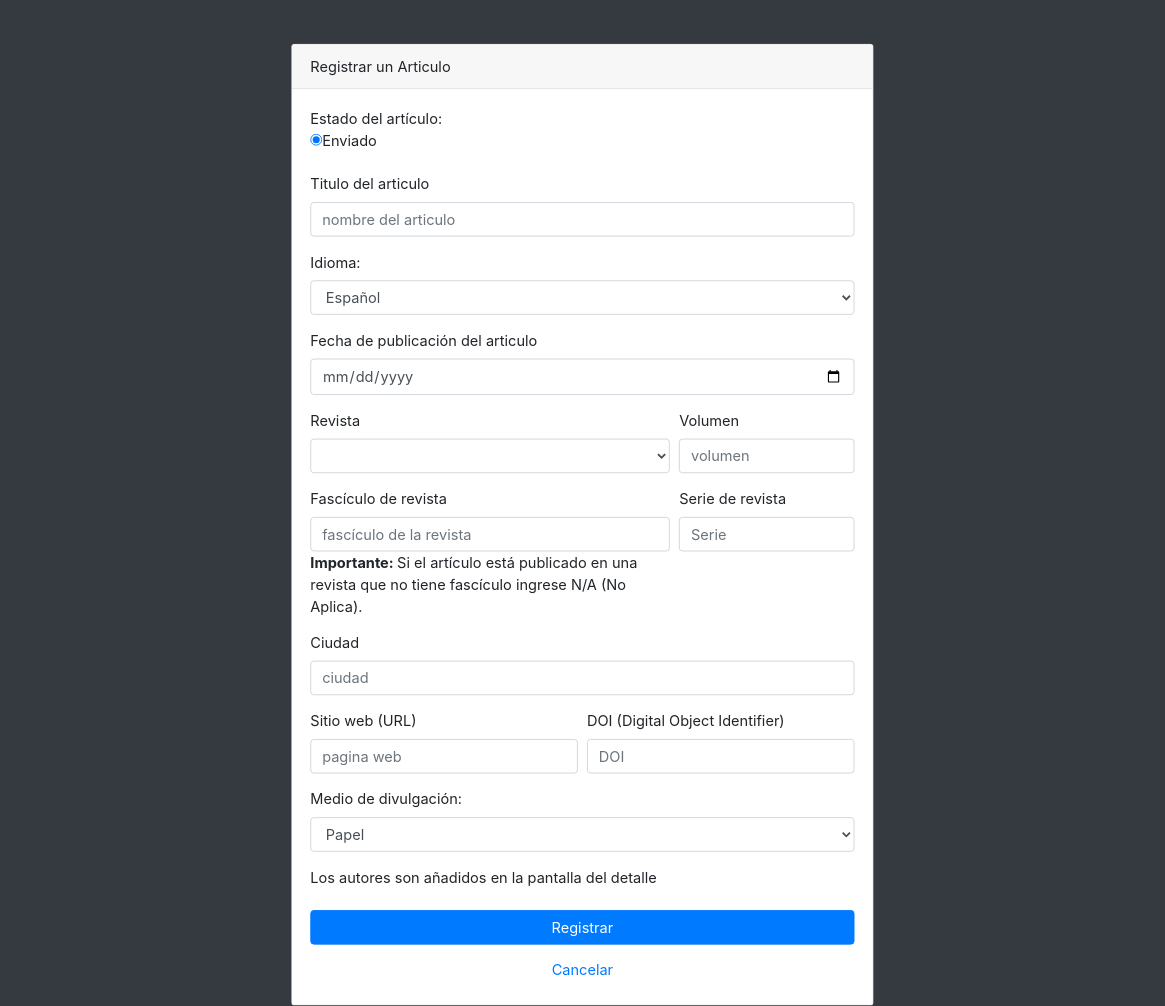
Repository: arnaldosanmartin/RepositorioWeb
Page: http://localhost/startbootstrap-sb-admin-gh-pages/registerArticulo.php
The author's editor kept a record of every edit. The page is drawn from the files as they stood at one moment, then again after the next edit.
The browser window is 1280 px wide. The pictures show the whole page, at 91% of full size.
The page is run by PHP 8.4 with error messages shown; the project is at /var/www/html/. The session is filled in as if someone had signed in: {"user_id": 1, "user_name": "Test User", "user_rol": "admin"}. Queries for data that is not in the repository find no rows.

Above is the page before.

After the next edit:
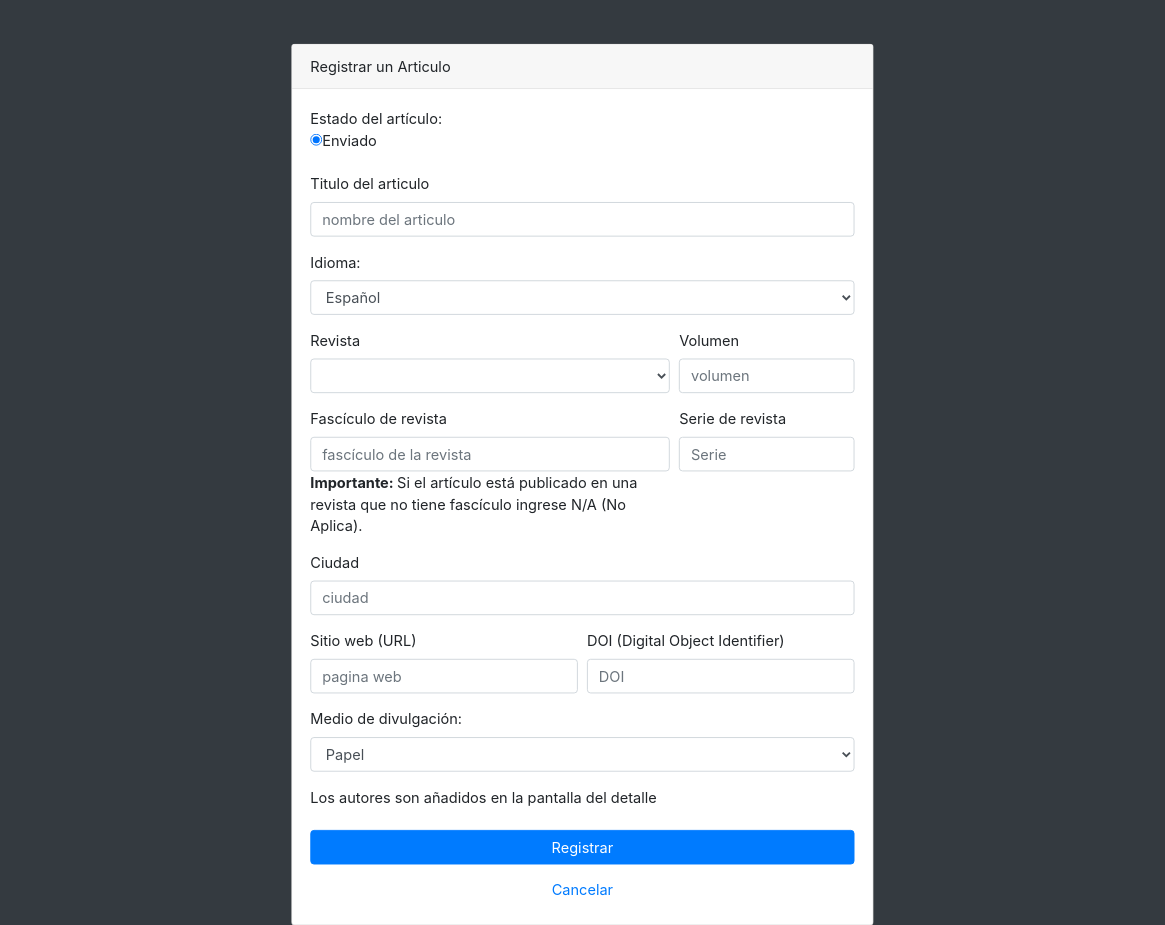
The edit:
--- a/startbootstrap-sb-admin-gh-pages/registerArticulo.php
+++ b/startbootstrap-sb-admin-gh-pages/registerArticulo.php
@@ -126,10 +126,7 @@
             <option value="TH">Tailand&eacute;s</option>
             </select>
           </div>
-          <div class="form-group cls-completo">
-            <label for="dateInputArt">Fecha de publicación del articulo</label>
-            <input class="form-control cls-completo-input" id="dateInputArt" name="dateInputArt" type="date" required>
-          </div>
+
           <div class="form-group">
             <div class="form-row">
               <div class="col-md-8">
